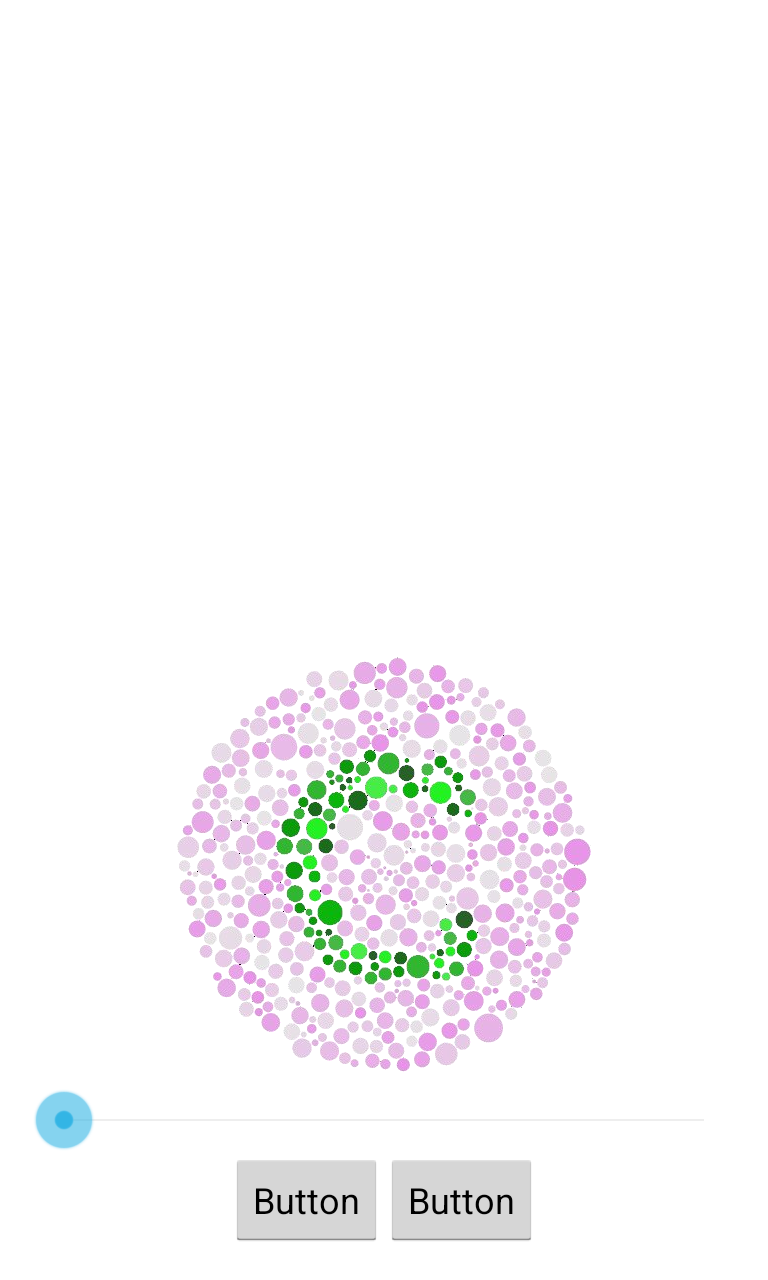
Repository: renatovieira/tcc2013
Layout: TCC/res/layout/activity_filtered_image.xml
These files come from the project's save history. The layout is drawn as it stood at one moment and after the next save; the edit follows.
It is drawn on a 768 x 1280 px phone screen (xhdpi) without system bars, with theme AppTheme; the app's code is not run.

Above is the layout before, as saved 2013-07-22 00:00:52.

### TCC/res/layout/activity_filtered_image.xml
<RelativeLayout xmlns:android="http://schemas.android.com/apk/res/android"
    xmlns:tools="http://schemas.android.com/tools"
    android:layout_width="match_parent"
    android:layout_height="match_parent"
    android:paddingBottom="@dimen/activity_vertical_margin"
    android:paddingLeft="@dimen/activity_horizontal_margin"
    android:paddingRight="@dimen/activity_horizontal_margin"
    android:paddingTop="@dimen/activity_vertical_margin" >

    <LinearLayout
        android:id="@+id/linearLayout1"
        android:layout_width="wrap_content"
        android:layout_height="wrap_content"
        android:layout_alignParentBottom="true"
        android:layout_centerHorizontal="true" >

        <Button
            android:id="@+id/button1"
            android:layout_width="wrap_content"
            android:layout_height="wrap_content"
            android:text="Button" />

        <Button
            android:id="@+id/button2"
            android:layout_width="wrap_content"
            android:layout_height="wrap_content"
            android:text="Button" />
    </LinearLayout>

    <SeekBar
        android:id="@+id/seekBar1"
        android:layout_width="match_parent"
        android:layout_height="wrap_content"
        android:layout_above="@+id/linearLayout1"
        android:layout_centerHorizontal="true" />

    <ImageView
        android:id="@+id/imageView1"
        android:layout_width="wrap_content"
        android:layout_height="wrap_content"
        android:layout_above="@+id/seekBar1"
        android:layout_centerHorizontal="true"
        android:src="@drawable/ic_launcher" />

</RelativeLayout>

Loaded but not shown: TCC/res/values/styles.xml (common file); TCC/res/values-v11/styles.xml (common file); TCC/res/values-v14/styles.xml (common file); TCC/res/values/dimens.xml (common file)

After the next save:
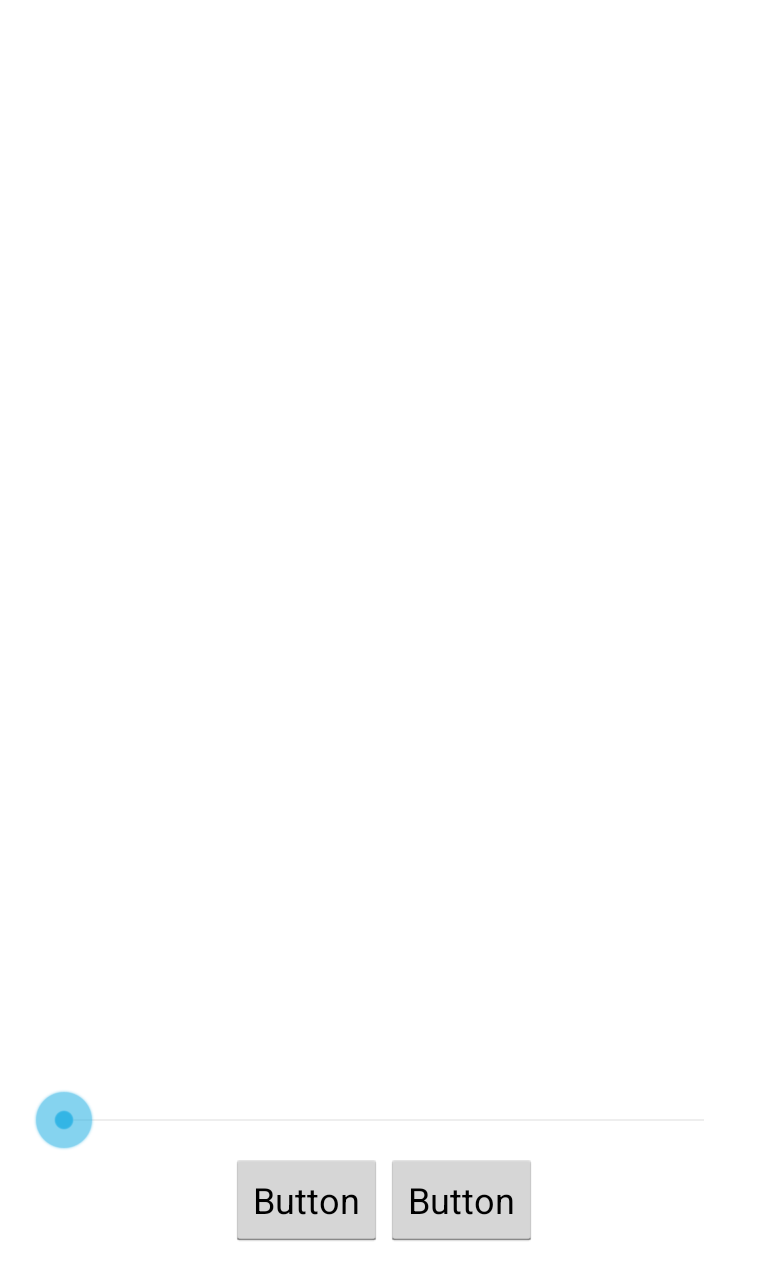
Saved 18 s later.
--- a/TCC/res/layout/activity_filtered_image.xml
+++ b/TCC/res/layout/activity_filtered_image.xml
@@ -34,12 +34,4 @@
         android:layout_above="@+id/linearLayout1"
         android:layout_centerHorizontal="true" />
 
-    <ImageView
-        android:id="@+id/imageView1"
-        android:layout_width="wrap_content"
-        android:layout_height="wrap_content"
-        android:layout_above="@+id/seekBar1"
-        android:layout_centerHorizontal="true"
-        android:src="@drawable/ic_launcher" />
-
 </RelativeLayout>

After the save that followed:
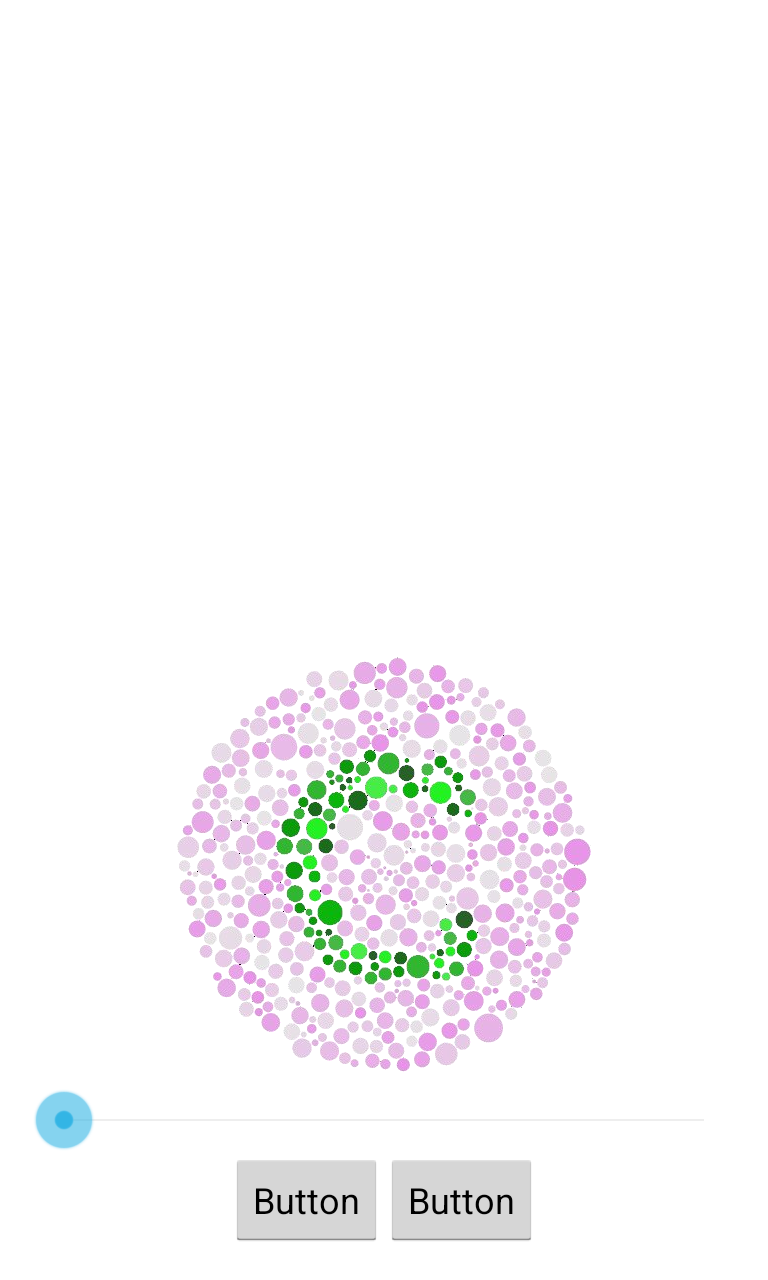
Saved 10 s later.
--- a/TCC/res/layout/activity_filtered_image.xml
+++ b/TCC/res/layout/activity_filtered_image.xml
@@ -6,6 +6,14 @@
     android:paddingLeft="@dimen/activity_horizontal_margin"
     android:paddingRight="@dimen/activity_horizontal_margin"
     android:paddingTop="@dimen/activity_vertical_margin" >
+
+    <ImageView
+        android:id="@+id/imageView1"
+        android:layout_width="wrap_content"
+        android:layout_height="wrap_content"
+        android:layout_above="@+id/seekBar1"
+        android:layout_centerHorizontal="true"
+        android:src="@drawable/ic_launcher" />
 
     <LinearLayout
         android:id="@+id/linearLayout1"
